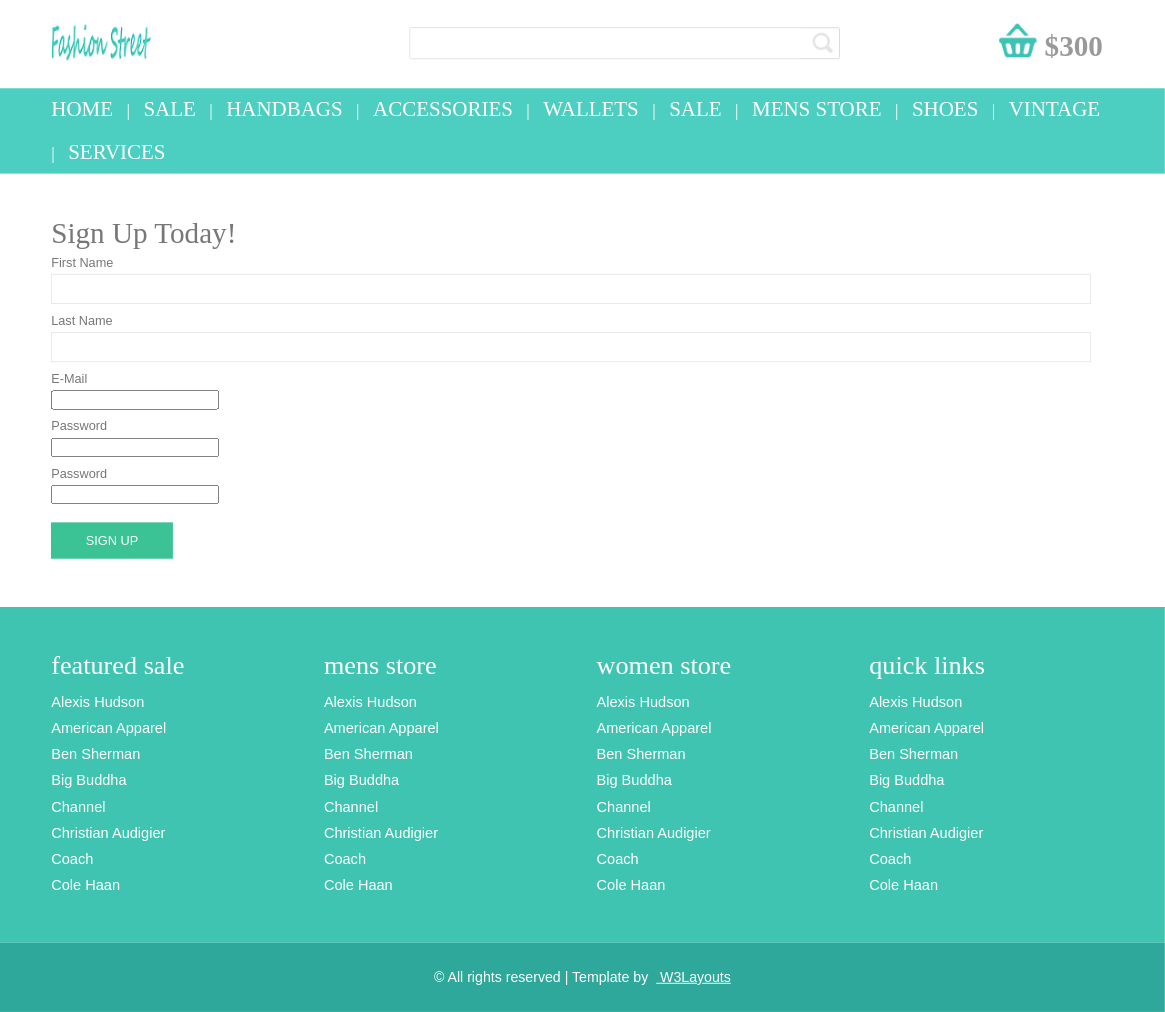
Repository: dshah5/FashionStreet
Page: FashionStreet/WebContent/register.html
The author's editor kept a copy of each file at every save. The page is drawn from the files as they stood at one save, then again after the next save.
The browser window is 1280 px wide. The pictures show the whole page, at 91% of full size.
Some web fonts or font styles are not loaded; a fallback is used.

Above is the page before, as saved 2015-09-23 06:21:20.

### FashionStreet/WebContent/register.html
<!--A Design by W3layouts
Author: W3layout
Author URL: http://w3layouts.com
License: Creative Commons Attribution 3.0 Unported
License URL: http://creativecommons.org/licenses/by/3.0/
-->
<!DOCTYPE HTML>
<html>
<head>
<title>Fashion Street</title>
<meta http-equiv="Content-Type" content="text/html; charset=utf-8" />
<meta name="viewport" content="width=device-width, initial-scale=1, maximum-scale=1">
<link href='http://fonts.googleapis.com/css?family=Source+Sans+Pro:400,700' rel='stylesheet' type='text/css'>
<link href="css/style.css" rel="stylesheet" type="text/css" media="all" />
<script src="js/jquery.min.js"></script>
<!-- start top_js_button -->
<script type="text/javascript" src="js/move-top.js"></script>
<script type="text/javascript" src="js/easing.js"></script>
   <script type="text/javascript">
		jQuery(document).ready(function($) {
			$(".scroll").click(function(event){
				event.preventDefault();
				$('html,body').animate({scrollTop:$(this.hash).offset().top},1200);
			});
		});
	</script>
</head>
<body>
<!-- start header -->
<div class="header_bg">
<div class="wrap">
	<div class="header">
		<div class="logo">
			<a href="index.html"><img src="images/logo.png" alt=""/> </a>
		</div>
		<div class="h_icon">
		<ul class="icon1 sub-icon1">
			<li><a class="active-icon c1" href="#"><i>$300</i></a>
				<ul class="sub-icon1 list">
					<li><h3>shopping cart empty</h3><a href=""></a></li>
					<li><p>if items in your wishlit are missing, <a href="contact.html">contact us</a> to view them</p></li>
				</ul>
			</li>
		</ul>
		</div>
		<div class="h_search">
    		<form>
    			<input type="text" value="">
    			<input type="submit" value="">
    		</form>
		</div>
		<div class="clear"></div>
	</div>
</div>
</div>
<div class="header_btm">
<div class="wrap">
	<div class="header_sub">
		<div class="h_menu">
			<ul>
				<li><a href="index.html">Home</a></li> |
				<li><a href="sale.html">sale</a></li> |
				<li><a href="handbags.html">handbags</a></li> |
				<li><a href="accessories.html">accessories</a></li> |
				<li><a href="wallets.html">wallets</a></li> |
				<li><a href="sale.html">sale</a></li> |
				<li><a href="index.html">mens store</a></li> |
				<li><a href="shoes.html">shoes</a></li> |
				<li><a href="sale.html">vintage</a></li> |
				<li><a href="service.html">services</a></li>
			</ul>
		</div>
		<div class="top-nav">
	          <nav class="nav">
	    	    <a href="#" id="w3-menu-trigger"> </a>
	                  <ul class="nav-list" style="">
	            	        <li class="nav-item"><a class="active" href="index.html">Home</a></li>
							<li class="nav-item"><a href="sale.html">Sale</a></li>
							<li class="nav-item"><a href="handbags.html">Handbags</a></li>
							<li class="nav-item"><a href="accessories.html">Accessories</a></li>
							<li class="nav-item"><a href="shoes.html">Shoes</a></li>
							<li class="nav-item"><a href="service.html">Services</a></li>
	                 </ul>
	           </nav>
	             <div class="search_box">
				<form>
				   <input type="text" value="Search" onfocus="this.value = '';" onblur="if (this.value == '') {this.value = 'Search';}"><input type="submit" value="">
			    </form>
			</div>
	          <div class="clear"> </div>
	          <script src="js/responsive.menu.js"></script>
         </div>
	<div class="clear"></div>
</div>
</div>
</div>
<!-- start main -->
<div class="main_bg">
<div class="wrap">
<div class="main">
	 	 <div class="contact">
				  <div class="contact-form">
			 	  	 	<h2>Sign Up Today!</h2>
			 	 	    <form method="post" action="register-success.html">
					    	<div>
						    	<span><label>First Name</label></span>
						    	<span><input name="fName" type="text" class="form-control"></span>
						    </div>
						    <div>
						    	<span><label>Last Name</label></span>
						    	<span><input name="lName" type="text" class="textbox"></span>
						    </div>
						    <div>
						    	<span><label>E-mail</label></span>
						    	<span><input name="userEmail" type="email"  class="form-control"></span>
						    </div>
						    <div>
						     	<span><label>Password</label></span>
						    	<span><input name="password" type="password" id="pwd" class="form-control"></span>
						    </div>
						    <div>
						     	<span><label>Password</label></span>
						    	<span><input name="passwordConf" type="password" id="pwd" class="form-control"></span>
						    </div>
						   <div>
						   		<span><input type="submit" class="" value="Sign Up"></span>
						  </div>
					    </form>
				    </div>
  				<div class="clear"></div>
			  </div>
		</div>
</div>
</div>
<!-- start footer -->
<div class="footer_bg">
<div class="wrap">
	<div class="footer">
		<!-- start grids_of_4 -->
		<div class="grids_of_4">
			<div class="grid1_of_4">
				<h4>featured sale</h4>
				<ul class="f_nav">
					<li><a href="">alexis Hudson</a></li>
					<li><a href="">american apparel</a></li>
					<li><a href="">ben sherman</a></li>
					<li><a href="">big buddha</a></li>
					<li><a href="">channel</a></li>
					<li><a href="">christian audigier</a></li>
					<li><a href="">coach</a></li>
					<li><a href="">cole haan</a></li>
				</ul>
			</div>
			<div class="grid1_of_4">
				<h4>mens store</h4>
				<ul class="f_nav">
					<li><a href="">alexis Hudson</a></li>
					<li><a href="">american apparel</a></li>
					<li><a href="">ben sherman</a></li>
					<li><a href="">big buddha</a></li>
					<li><a href="">channel</a></li>
					<li><a href="">christian audigier</a></li>
					<li><a href="">coach</a></li>
					<li><a href="">cole haan</a></li>
				</ul>
			</div>
			<div class="grid1_of_4">
				<h4>women store</h4>
				<ul class="f_nav">
					<li><a href="">alexis Hudson</a></li>
					<li><a href="">american apparel</a></li>
					<li><a href="">ben sherman</a></li>
					<li><a href="">big buddha</a></li>
					<li><a href="">channel</a></li>
					<li><a href="">christian audigier</a></li>
					<li><a href="">coach</a></li>
					<li><a href="">cole haan</a></li>
				</ul>
			</div>
			<div class="grid1_of_4">
				<h4>quick links</h4>
				<ul class="f_nav">
					<li><a href="">alexis Hudson</a></li>
					<li><a href="">american apparel</a></li>
					<li><a href="">ben sherman</a></li>
					<li><a href="">big buddha</a></li>
					<li><a href="">channel</a></li>
					<li><a href="">christian audigier</a></li>
					<li><a href="">coach</a></li>
					<li><a href="">cole haan</a></li>
				</ul>
			</div>
			<div class="clear"></div>
		</div>
	</div>
</div>
</div>
<!-- start footer -->
<div class="footer_bg1">
<div class="wrap">
	<div class="footer">
		<!-- scroll_top_btn -->
	    <script type="text/javascript">
			$(document).ready(function() {

				var defaults = {
		  			containerID: 'toTop', // fading element id
					containerHoverID: 'toTopHover', // fading element hover id
					scrollSpeed: 1200,
					easingType: 'linear'
		 		};


				$().UItoTop({ easingType: 'easeOutQuart' });

			});
		</script>
		 <a href="#" id="toTop" style="display: block;"><span id="toTopHover" style="opacity: 1;"></span></a>
		<!--end scroll_top_btn -->
		<div class="copy">
			<p class="link">&copy;  All rights reserved | Template by&nbsp;&nbsp;<a href="http://w3layouts.com/"> W3Layouts</a></p>
		</div>
		<div class="clear"></div>
	</div>
</div>
</div>
</body>
</html>

Loaded but not shown: FashionStreet/WebContent/js/jquery.min.js (library); FashionStreet/WebContent/js/easing.js (140 lines, source omitted); FashionStreet/WebContent/js/responsive.menu.js (97 lines, source omitted); FashionStreet/WebContent/js/move-top.js (5 lines, source omitted); FashionStreet/WebContent/css/style.css (1510 lines, source omitted)

After the next save:
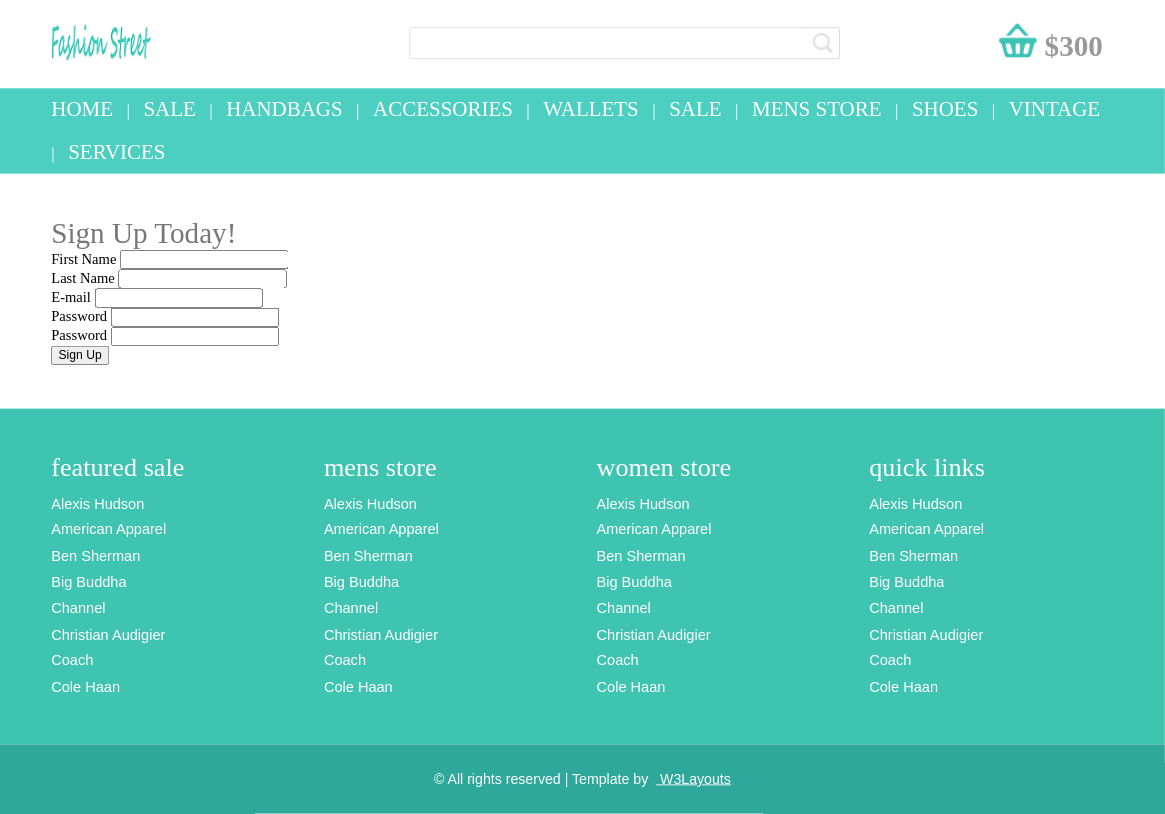
Saved 36 s later.
--- a/FashionStreet/WebContent/register.html
+++ b/FashionStreet/WebContent/register.html
@@ -99,7 +99,7 @@
 <div class="wrap">
 <div class="main">
 	 	 <div class="contact">
-				  <div class="contact-form">
+				  <div class="form-group">
 			 	  	 	<h2>Sign Up Today!</h2>
 			 	 	    <form method="post" action="register-success.html">
 					    	<div>

After the save that followed:
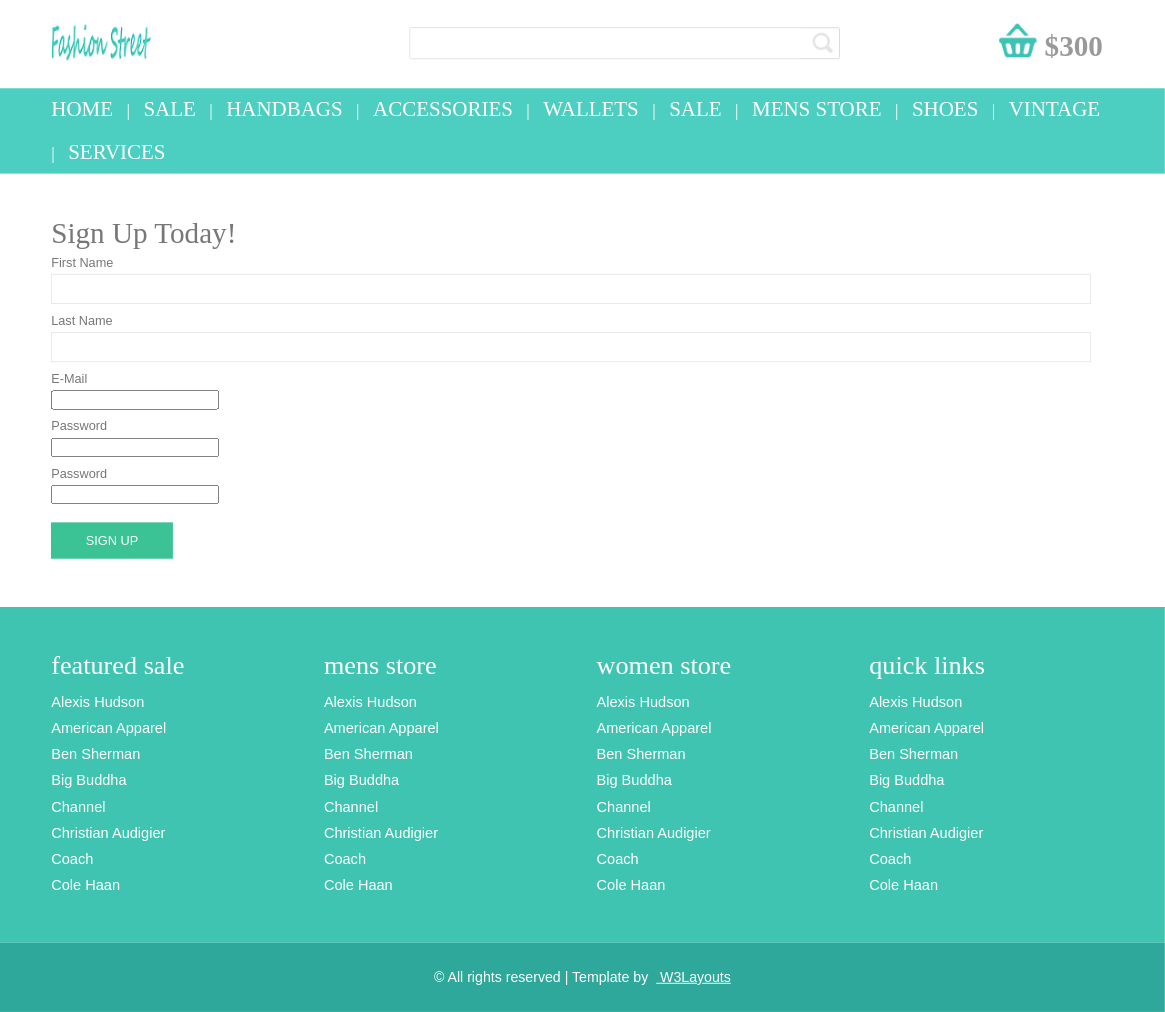
Saved 62 s later.
--- a/FashionStreet/WebContent/register.html
+++ b/FashionStreet/WebContent/register.html
@@ -99,7 +99,7 @@
 <div class="wrap">
 <div class="main">
 	 	 <div class="contact">
-				  <div class="form-group">
+				  <div class="contact-form">
 			 	  	 	<h2>Sign Up Today!</h2>
 			 	 	    <form method="post" action="register-success.html">
 					    	<div>
